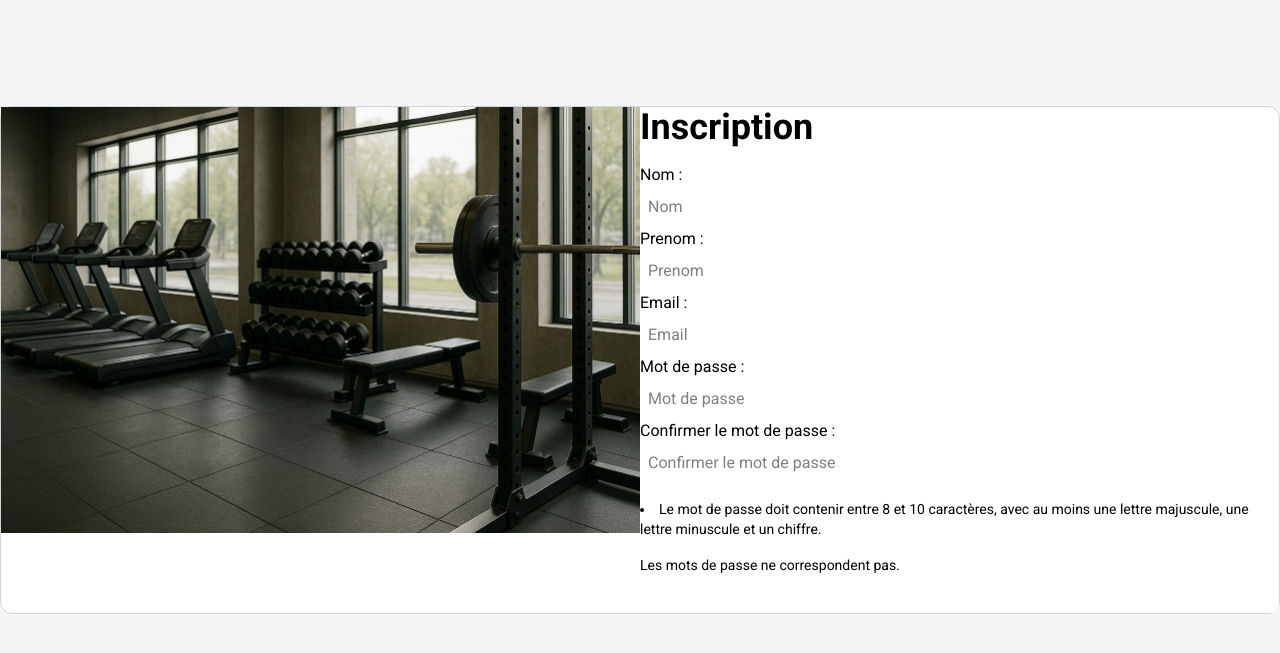
Repository: fahchouchsm/clubSportifWeb
Page: src/pages/inscription.html
The author's editor kept a copy of each file at every save. The page is drawn from the files as they stood at one save, then again after the next save.
The browser window is 1280 px wide. The pictures show the whole page.

Above is the page before, as saved 2025-04-17 18:41:37.

After the next save:
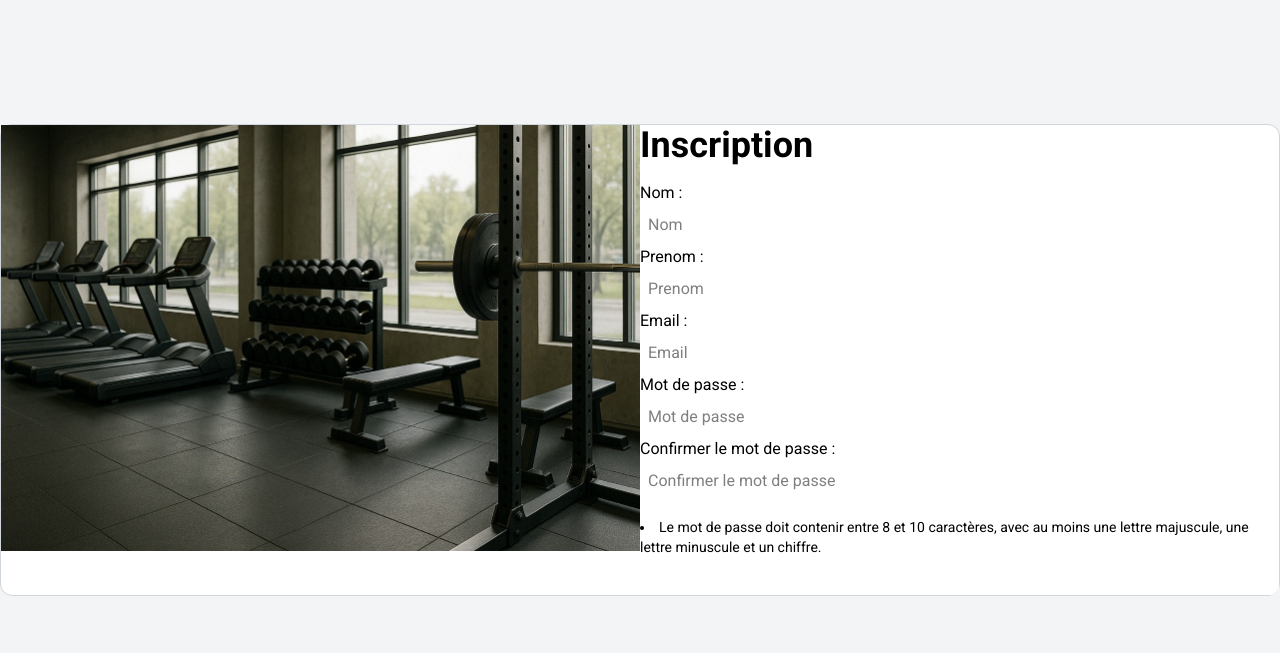
Saved 32 s later.
--- a/src/pages/inscription.html
+++ b/src/pages/inscription.html
@@ -108,7 +108,26 @@
         </form>
       </main>
     </div>
-    <script></script>
+    <script>
+      document.addEventListener("DOMContentLoaded", () => {
+        const form = document.querySelector("form");
+        const passInput = document.getElementById("pass");
+        const confPassInput = document.getElementById("confPass");
+        const errorSpan = document.getElementById("passwordError");
+
+        // hide error by default
+        errorSpan.style.display = "none";
+
+        form.addEventListener("submit", (e) => {
+          if (passInput.value !== confPassInput.value) {
+            e.preventDefault(); // block form submission
+            errorSpan.style.display = "inline";
+          } else {
+            errorSpan.style.display = "none"; // hide if match
+          }
+        });
+      });
+    </script>
     <script src="../js/style.js"></script>
   </body>
 </html>
